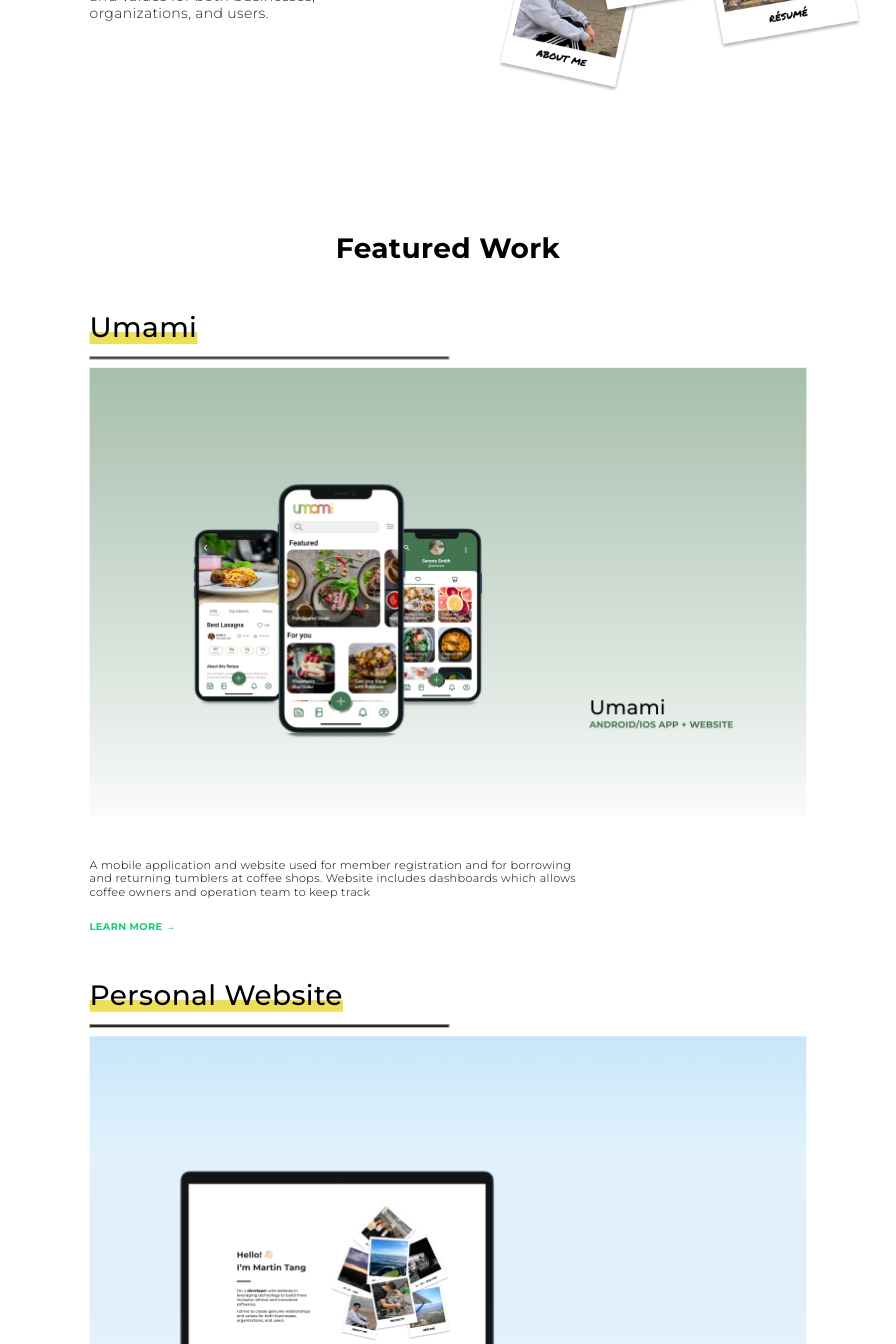
Repository: TangMartin/martintang
Page: index.html
The author's editor kept a copy of each file at every save. The page is drawn from the files as they stood at one save, then again after the next save.
The browser window is 1280 px wide. The pictures show the part of the page from y = 678 to 2598 px (the page is 2933 px tall), at 70% of full size.

Above is the page before, as saved 2021-11-24 22:08:51.

After the next save:
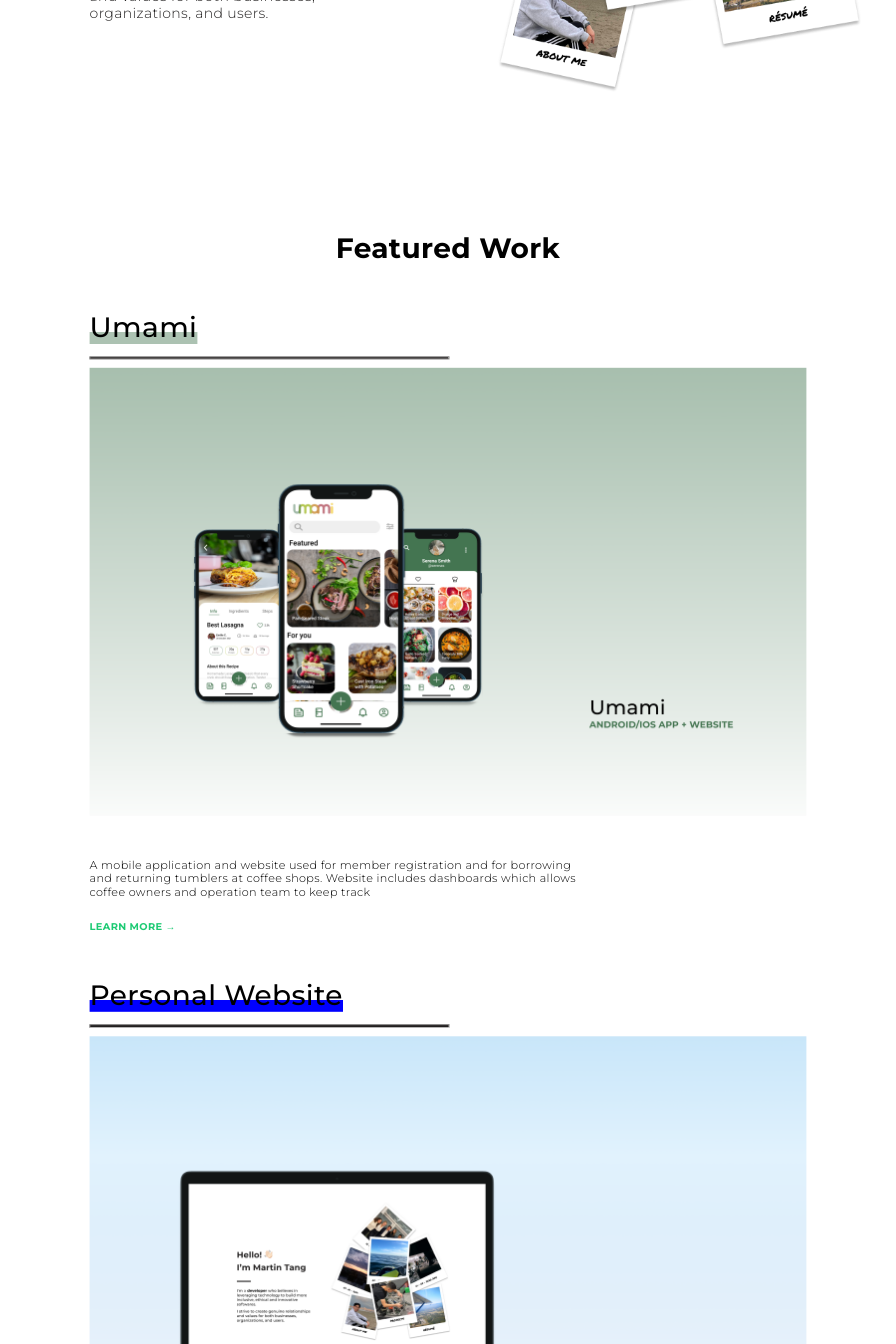
Saved 29 s later.
--- a/index.html
+++ b/index.html
@@ -47,7 +47,7 @@
 
                 <!-- Umami -->
                 <li class="work_item">
-                    <h1><span class="highlight" style="--higherlighter-color: #ACC2B2;">Umami</span></h1>
+                    <h1><span class="highlight" style="--highlighter-color: #ACC2B2;">Umami</span></h1>
                     <hr style="height:2.5px; width:50%; margin-left:0; background-color:#222020; display: inline-block; margin">
                     <img class="work_image" src="./assets/images/Umami.png" />
                     <div class="technologies">
@@ -66,7 +66,7 @@
 
                 <!-- Personal Website -->
                 <li class="work_item">
-                    <h1><span class="highlight" style="--higherlighter-color: blue;">Personal Website</span></h1>
+                    <h1><span class="highlight" style="--highlighter-color: blue;">Personal Website</span></h1>
                     <hr style="height:2.5px; width:50%; margin-left:0; background-color:#222020; display: inline-block">
                     <img class="work_image" src="./assets/images/Personalwebsite.png" />
                     <div class="technologies">
